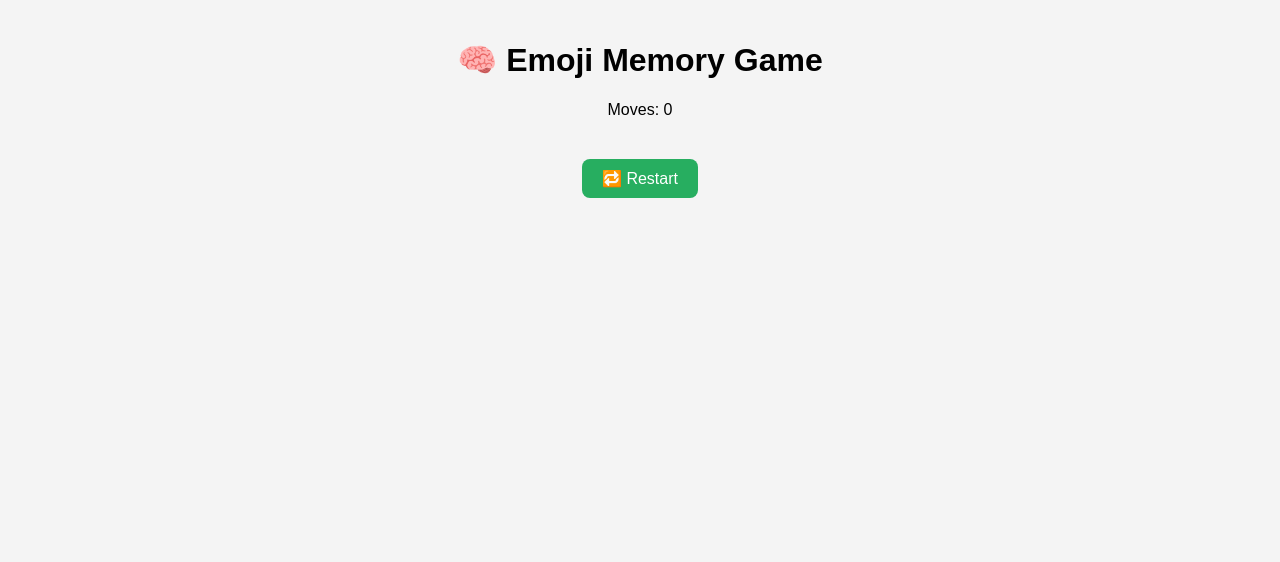
Repository: alokanand524/anand-portfolio
Page: games/emoji-memory/index.html
An editor plug-in stored every save of this project. The page is shown before and after the next save, followed by the edit.
The browser window is 1280 px wide. The pictures show the whole page.

Above is the page before, as saved 2025-07-31 14:42:04.

After the next save:
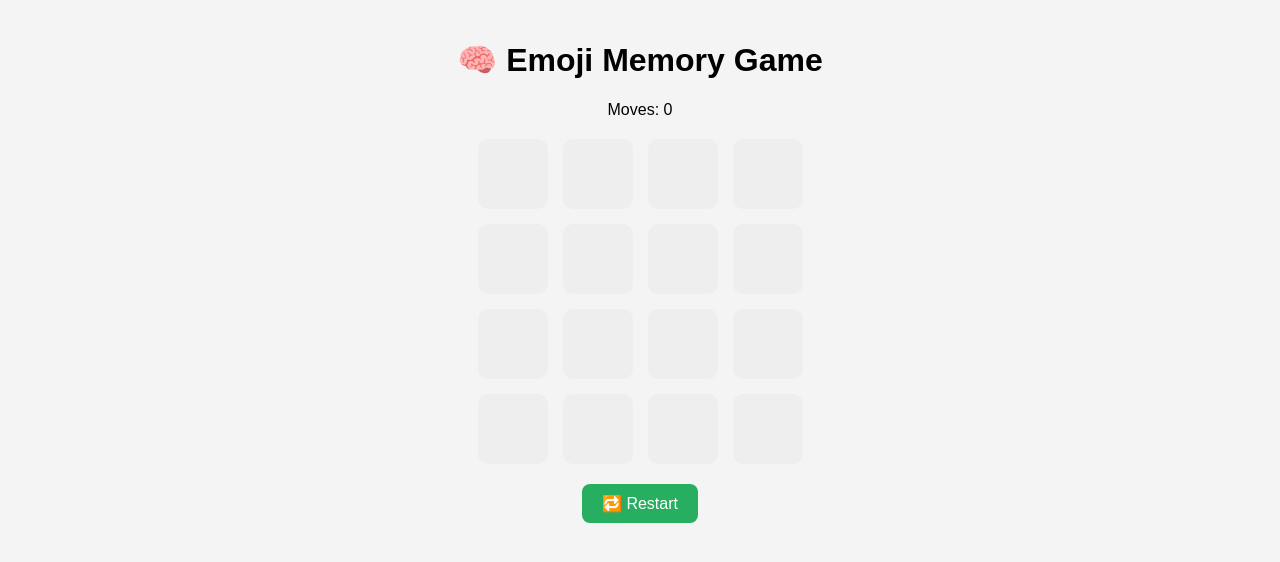
Saved 11 s later.
--- a/games/emoji-memory/script.js
+++ b/games/emoji-memory/script.js
@@ -1,68 +1,84 @@
-let rounds = 5;
-let count = 0;
-let startTime, endTime;
-let times = [];
+const emojis = ['😀','🍕','🎈','🚗','🐶','🌟','🏀','🎵'];
+let cardValues = [];
+let firstCard = null;
+let secondCard = null;
+let lockBoard = false;
+let moves = 0;
 
-function randomPosition() {
-  const maxW = $(window).width() - 100;
-  const maxH = $(window).height() - 100;
-  const left = Math.floor(Math.random() * maxW);
-  const top = Math.floor(Math.random() * maxH);
-  $('#game-box').css({ top: top + 'px', left: left + 'px' });
+function shuffle(array) {
+  return array.sort(() => 0.5 - Math.random());
 }
 
-function showBox() {
-  randomPosition();
-  $('#game-box').fadeIn();
-  startTime = new Date().getTime();
+function createBoard() {
+  const doubled = [...emojis, ...emojis];
+  cardValues = shuffle(doubled);
+  const board = $('#game-board');
+  board.empty();
+  for (let i = 0; i < cardValues.length; i++) {
+    board.append(`<div class="card" data-index="${i}"></div>`);
+  }
+  moves = 0;
+  $('#move-counter').text(moves);
+  firstCard = null;
+  secondCard = null;
+  lockBoard = false;
 }
 
-function startRound() {
-  $('#message').text('Wait for it...');
-  const delay = Math.floor(Math.random() * 2000) + 1000; // 1-3s
-  setTimeout(showBox, delay);
+function flipCard(card) {
+  const index = $(card).data('index');
+  if ($(card).hasClass('flipped') || $(card).hasClass('matched') || lockBoard) return;
+
+  $(card).addClass('flipped').text(cardValues[index]);
+
+  if (!firstCard) {
+    firstCard = card;
+    return;
+  }
+
+  secondCard = card;
+  lockBoard = true;
+  moves++;
+  $('#move-counter').text(moves);
+
+  const firstIndex = $(firstCard).data('index');
+  const secondIndex = $(secondCard).data('index');
+
+  if (cardValues[firstIndex] === cardValues[secondIndex]) {
+    $(firstCard).addClass('matched');
+    $(secondCard).addClass('matched');
+    resetFlip();
+    checkWin();
+  } else {
+    setTimeout(() => {
+      $(firstCard).removeClass('flipped').text('');
+      $(secondCard).removeClass('flipped').text('');
+      resetFlip();
+    }, 1000);
+  }
 }
 
-function endGame() {
-  $('#game-box').hide();
-  $('#message').text('Game Over!');
-  const avg =
-    times.reduce((a, b) => a + b, 0) / times.length;
-  $('#results').append(`<li><strong>Average Time:</strong> ${avg.toFixed(2)} ms</li>`);
-  $('#restart-btn').show();
+function resetFlip() {
+  firstCard = null;
+  secondCard = null;
+  lockBoard = false;
+}
+
+function checkWin() {
+  if ($('.card.matched').length === cardValues.length) {
+    setTimeout(() => {
+      alert(`🎉 You won in ${moves} moves!`);
+    }, 500);
+  }
 }
 
 $(document).ready(function () {
-  $('#start-btn').click(function () {
-    times = [];
-    count = 0;
-    $('#results').empty();
-    $('#start-btn').hide();
-    $('#restart-btn').hide();
-    startRound();
+  createBoard();
+
+  $('#game-board').on('click', '.card', function () {
+    flipCard(this);
   });
 
   $('#restart-btn').click(function () {
-    times = [];
-    count = 0;
-    $('#results').empty();
-    $('#restart-btn').hide();
-    $('#message').text('Tap the box as fast as you can!');
-    startRound();
-  });
-
-  $('#game-box').click(function () {
-    endTime = new Date().getTime();
-    const reaction = endTime - startTime;
-    times.push(reaction);
-    $('#results').append(`<li>Round ${count + 1}: ${reaction} ms</li>`);
-    $('#game-box').fadeOut();
-
-    count++;
-    if (count < rounds) {
-      setTimeout(startRound, 1000);
-    } else {
-      endGame();
-    }
+    createBoard();
   });
 });
